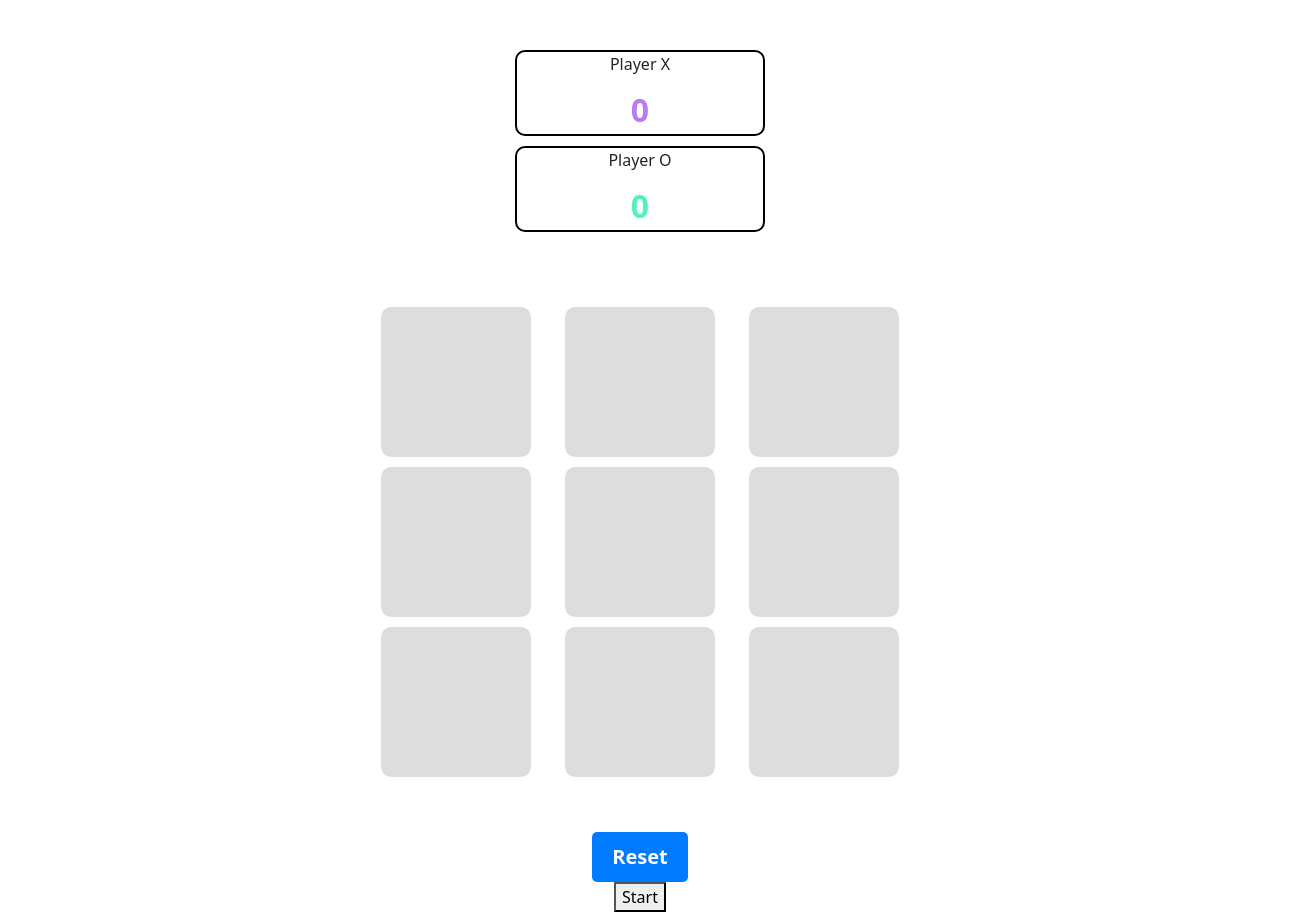
Repository: woodsdeshe/Tic-Tac-Toe
Page: index.html
These files come from the project's save history. The page is drawn as it stood at one moment and after a run of saves; the edit follows.
The browser window is 1280 px wide. The page is 1292 px wide, so the pictures cover 1292 px, including what lies to the right of the window. The pictures show the whole page.

Above is the page before, as saved 2023-03-31 21:12:10.

### index.html
<!DOCTYPE html>
<html lang="en">
  <head>
    <meta charset="UTF-8" />
    <meta http-equiv="X-UA-Compatible" content="IE=edge" />
    <meta name="viewport" content="width=device-width, initial-scale=1.0" />
    <title>Tic Tac Toe | DeShe Woods</title>
    <link rel="stylesheet" href="styles.css" />
    <link
      href="https://cdn.jsdelivr.net/npm/bootstrap@5.3.0-alpha2/dist/css/bootstrap.min.css"
      rel="stylesheet"
      integrity="sha384-aFq/bzH65dt+w6FI2ooMVUpc+21e0SRygnTpmBvdBgSdnuTN7QbdgL+OapgHtvPp"
      crossorigin="anonymous"
    />
  </head>
  <body>
    <div class="container">
      <div class="row">
        <div class="col-12 scoreboard scoreboard-left">
          <div>Player X</div>
          <div class="score-x">0</div>
        </div>
        <div class="col-12 scoreboard scoreboard-right">
          <div>Player O</div>
          <div class="score-o">0</div>
        </div>
      </div>
      <div class="message"></div>
      <div class="container game-board">
        <div class="row">
          <div class="col-4">
            <div class="tile square-1"></div>
          </div>
          <div class="col-4">
            <div class="tile square-2"></div>
          </div>
          <div class="col-4">
            <div class="tile square-3"></div>
          </div>
        </div>
        <div class="row">
          <div class="col-4">
            <div class="tile square-4"></div>
          </div>
          <div class="col-4">
            <div class="tile square-5"></div>
          </div>
          <div class="col-4">
            <div class="tile square-6"></div>
          </div>
        </div>
        <div class="row">
          <div class="col-4">
            <div class="tile square-7"></div>
          </div>
          <div class="col-4">
            <div class="tile square-8"></div>
          </div>
          <div class="col-4">
            <div class="tile square-9"></div>
          </div>
        </div>
      </div>
      </div>
      <div class="row">
        <div class="col">
          <div class="reset">
            <button class="reset-btn">Reset</button>
          </div>
          <div class="col"></div>
        </div>
        <div class="start">
          <button class="startBtn">Start</button>
        </div>
      </div>
    </div>
    <script
      src="https://cdn.jsdelivr.net/npm/bootstrap@5.3.0-alpha2/dist/js/bootstrap.bundle.min.js"
      integrity="sha384-qKXV1j0HvMUeCBQ+QVp7JcfGl760yU08IQ+GpUo5hlbpg51QRiuqHAJz8+BrxE/N"
      crossorigin="anonymous"
    ></script>
    <script src="script.js"></script>
  </body>
</html>

### styles.css
.container {
  display: flex;
  flex-direction: column;
  align-items: center;
  margin-top: 50px;
}

.scoreboard {
  display: flex;
  flex-direction: column;
  align-items: center;
  border: 2px solid black;
  border-radius: 10px;
  width: 200px;
}

.scoreboard-left {
  margin-right: 70px;
  margin-bottom: 10px;
}

.scoreboard-right {
  margin: 0;
}

.score-x {
  font-size: 48px;
  color: rgb(184, 123, 241);
}

.score-o {
  font-size: 48px;
  color: rgb(83, 240, 193);
}

.score-x,
.score-o {
  font-size: 2em;
  font-weight: bold;
  margin-top: 10px;
}

.message {
  font-size: 2em;
  margin-bottom: 20px;
}

.game-board {
  display: flex;
  justify-content: center;
}

.tile {
  width: 150px;
  height: 150px;
  background-color: #ddd;
  margin: 5px;
  border-radius: 10px;
  display: flex;
  justify-content: center;
  align-items: center;
  font-size: 50px;
  font-weight: bold;
  cursor: pointer;
}

.reset {
  text-align: center;
  margin-top: 50px;
}

.reset-btn {
  font-size: 20px;
  font-weight: bold;
  padding: 10px 20px;
  background-color: #007bff;
  color: white;
  border-radius: 5px;
  border: none;
  cursor: pointer;
}

.start {
    text-align: center;
    margin-top: 10px;
}

.x-symbol {
    color: rgb(184, 123, 241);
}

.o-symbol {
    color: rgb(83, 240, 193);
}

@media (max-width: 767px) {
  .scoreboard {
    margin-bottom: 20px;
  }
}

### script.js
// Variables that access the squares, reset button, scoreboards , and messaging for the game that will stay constant
const gameBoard = document.querySelector(".game-board");
const resetBtn = document.querySelector(".reset-btn");
const scoreboardX = document.querySelector(".score-x");
const scoreboardO = document.querySelector(".score-o");
const message = document.querySelector(".message");
const tile = document.querySelectorAll(".tile");

// Variables that access the current player, game over, X and O scores that will change based on conditions of the game
let currentPlayer = "X";
let gameOver = false;
let xScore = 0;
let oScore = 0;

// This event listener will check to see if the tiles are empty and will fill them with the symbol of the current player

gameBoard.addEventListener("click", (event) => {
  event.preventDefault();

  //This if statement checks to see if the game is over before allowing the players to continue playing. If gameOver is true, then the board becomes unclickable
  if (gameOver) {
    return;
  }

  // This variable will hold the square that gets clicked using the .target property
  const square = event.target;

  // Checks to see if the square contains a class of tile and the square is empty. If it's empty then the square will contain a symbol and alternate the symbol according to the current player
  if (square.classList.contains("tile") && square.textContent === "") {
    // This if statement adds or removes the appropriate symbol class based on the current player so that the colors of the symbols will be different
    if (currentPlayer === "X") {
      square.classList.add("x-symbol");
      square.classList.remove("o-symbol");
    } else {
      square.classList.add("o-symbol");
      square.classList.remove("x-symbol");
    }

    square.textContent = currentPlayer;

    //Updates the message variable to show who's turn it is on the screen
    message.textContent = `It's ${currentPlayer} turn`;

    currentPlayer = currentPlayer === "X" ? "O" : "X";
  }

  //Calls the checkForWinner function after each turn to see if a player has won
  checkForWinner();
});

// Check to see if the tiles contain a winning play of a specific player
function currentPlay(plays, player) {
  // The .every method checks through every tile within the player array that checks to see if they contain the current players symbol with a boolean "true" or "false"
  return plays.every((tile) => {
    tileElement = document.querySelector(`.square-${tile}`);
    return tileElement.textContent === player;
  });
}

// This function will check to see which player has the winning set after each move
function checkForWinner() {
  // Nested arrays that show all the winning plays that are needed to win
  const winningPlays = [
    [1, 2, 3],
    [4, 5, 6],
    [7, 8, 9],
    [1, 4, 7],
    [2, 5, 8],
    [3, 6, 9],
    [1, 5, 9],
    [3, 5, 7],
  ];

  // Loops through each array within "winingPlays" and stores the values in the variable "plays"
  for (let i = 0; i < winningPlays.length; i++) {
    const plays = winningPlays[i];

    // Create if/else conditions that will check to see if the current player has a winning play thats in 'winningPlays', if no one wins, it calls the "itsATie" function to alert the players that the game is over and prevents the players from continuing to play using th endGame function"
    if (currentPlay(plays, "X")) {
      xScore++;
      scoreboardX.textContent = xScore;
      message.textContent = "Player X Wins!";
      gameOver = true;
      endGame();
    } else if (currentPlay(plays, "O")) {
      oScore++;
      scoreboardO.textContent = oScore;
      message.textContent = "Player O Wins!";
      gameOver = true;
      endGame();
    } else if (itsATie()) {
      message.textContent = "Game over! It's a tie!!!";
      gameOver = true;
      endGame();
    }
  }

  // This function iterates through all the tiles on the board and checks to see if the board is full. If there isn't any empty tiles left, it returns true.
  function itsATie() {
    for (let i = 0; i < tile.length; i++) {
      if (tile[i].textContent === "") {
        return false;
      }
    }
    return true;
  }

  // This function iterates through all the tiles in the game and removes the gameBoard listener so that the board is no longer clickable when the game is over
  function endGame() {
    for (let i = 0; i < tile.length; i++) {
      tile[i].removeEventListener("click", handleClick);
    }
  }
}

//This function resets the game
function resetGame() {
  currentPlayer = "X";
  gameOver = false;
  message.textContent = `It's ${currentPlayer} turn`;
  scoreboardX.textContent = "0";
  scoreboardO.textContent = "0";
  xScore = 0;
  oScore = 0;

  // Clears the board by setting the text content of all tiles to an empty string
  tile.forEach((tile) => {
    tile.textContent = "";
  });

  // Add back the event listener to each tile so that they are clickable again
  tile.forEach((tile) => {
    tile.addEventListener("click", handleTileClick);
  });
}

resetBtn.addEventListener("click", () => {
  resetGame();
});

After the next 3 saves:
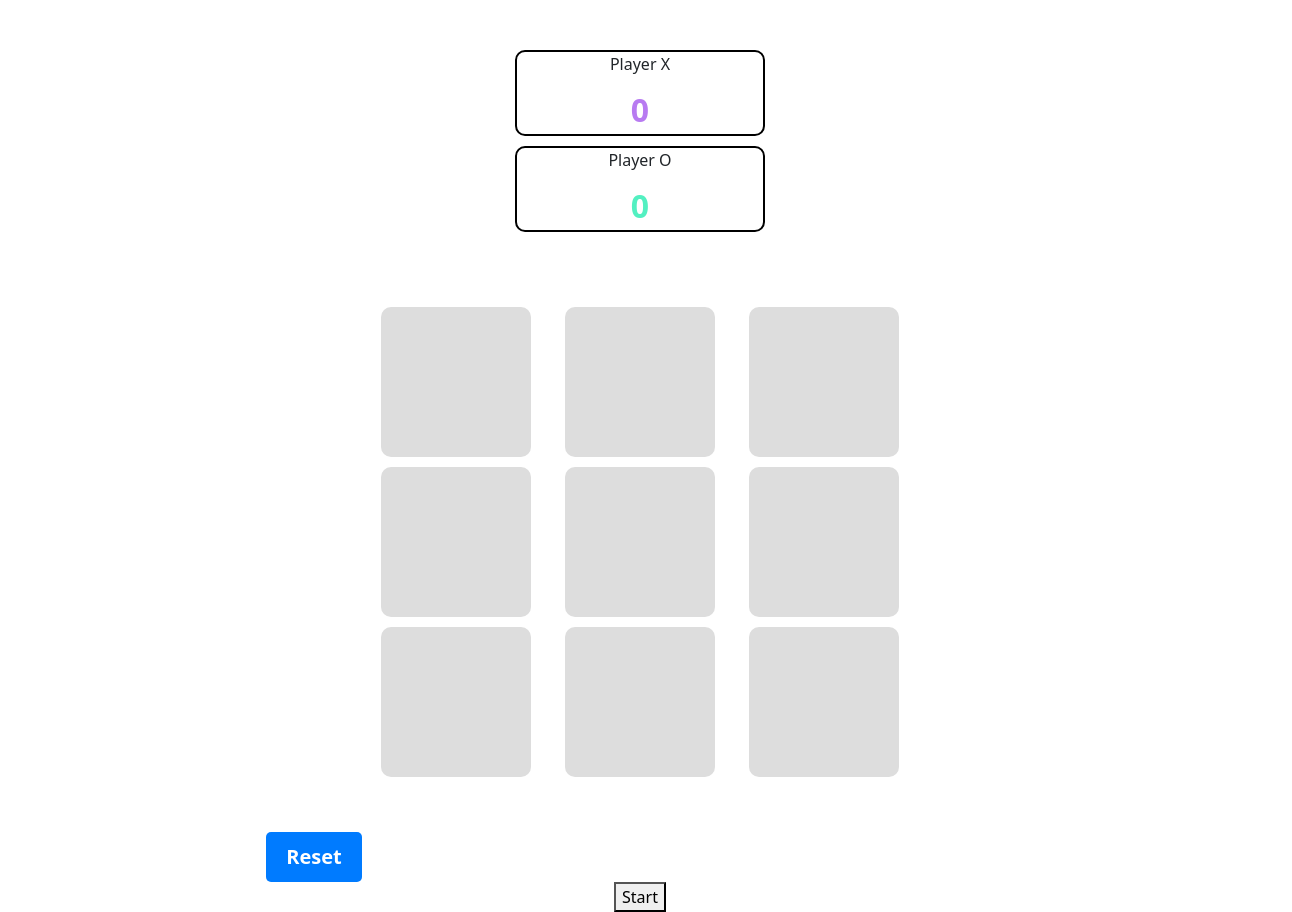
The 3 saves are shown as one change because they came seconds apart.
The last was saved 15 s later.
--- a/index.html
+++ b/index.html
@@ -67,8 +67,8 @@
           <div class="reset">
             <button class="reset-btn">Reset</button>
           </div>
-          <div class="col"></div>
         </div>
+        <div class="col"></div>
         <div class="start">
           <button class="startBtn">Start</button>
         </div>
